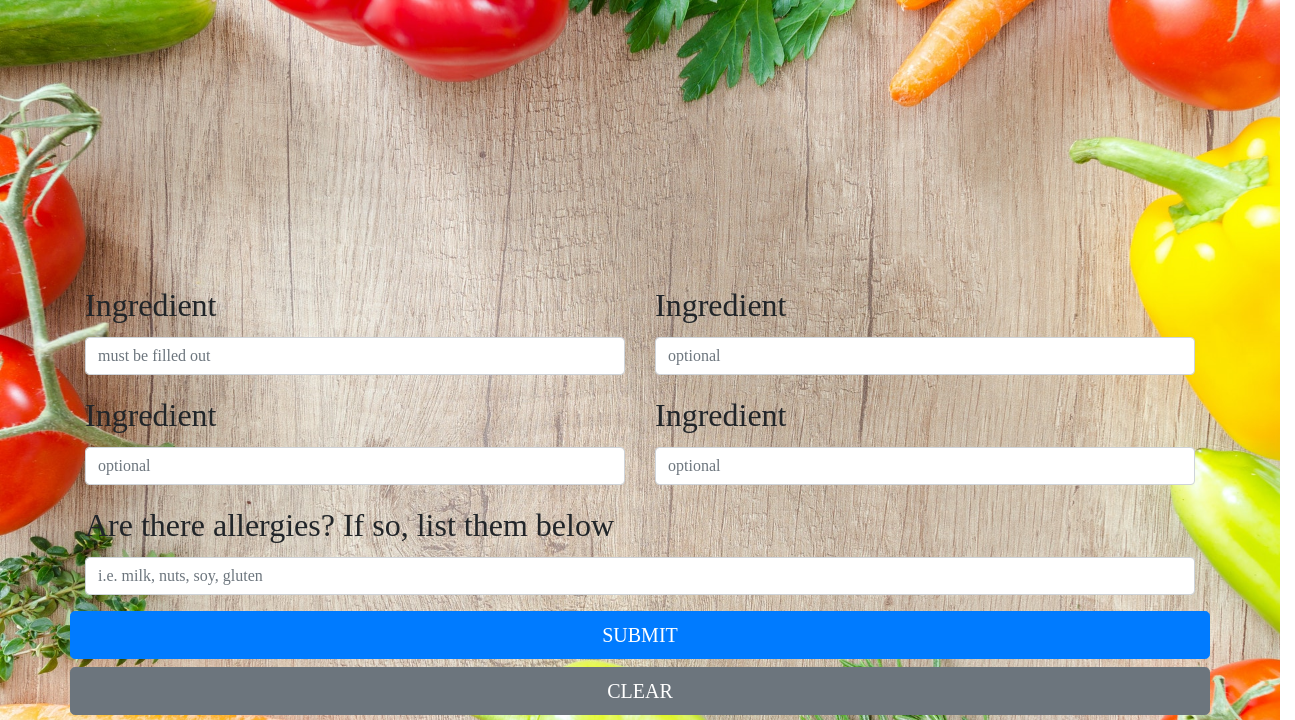
Repository: ogipajic/Recipe_API
Page: index.html
An editor plug-in stored every save of this project. The page is shown before and after the next save, followed by the edit.
The browser window is 1280 px wide. The page is 1280 px wide, then 1295 px, then 1280 px, so the pictures cover 1295 px, including what lies to the right of the window. The pictures show the whole page.
Some web fonts or font styles are not loaded; a fallback is used.

Above is the page before, as saved 2020-07-06 14:53:46.
Not found: script.js

After the next save:
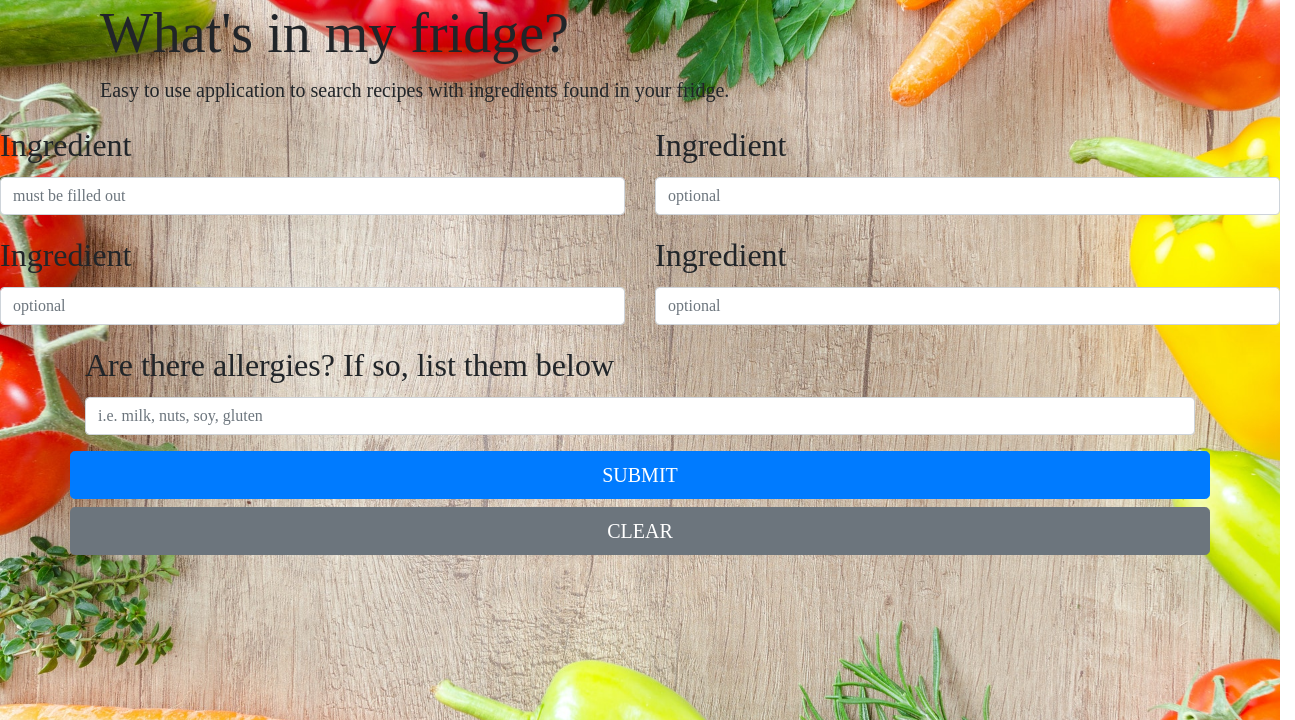
Saved 3 min 12 s later.
--- a/index.html
+++ b/index.html
@@ -14,7 +14,6 @@
 </head>
 <body>
     <div class="container">
-        <div class="jumbotron jumbotron-fluid">
             <div class="container">
               <h1 class="display-4">What's in my fridge?</h1>
               <p class="lead">Easy to use application to search recipes with ingredients found in your fridge.</p>

After the save that followed:
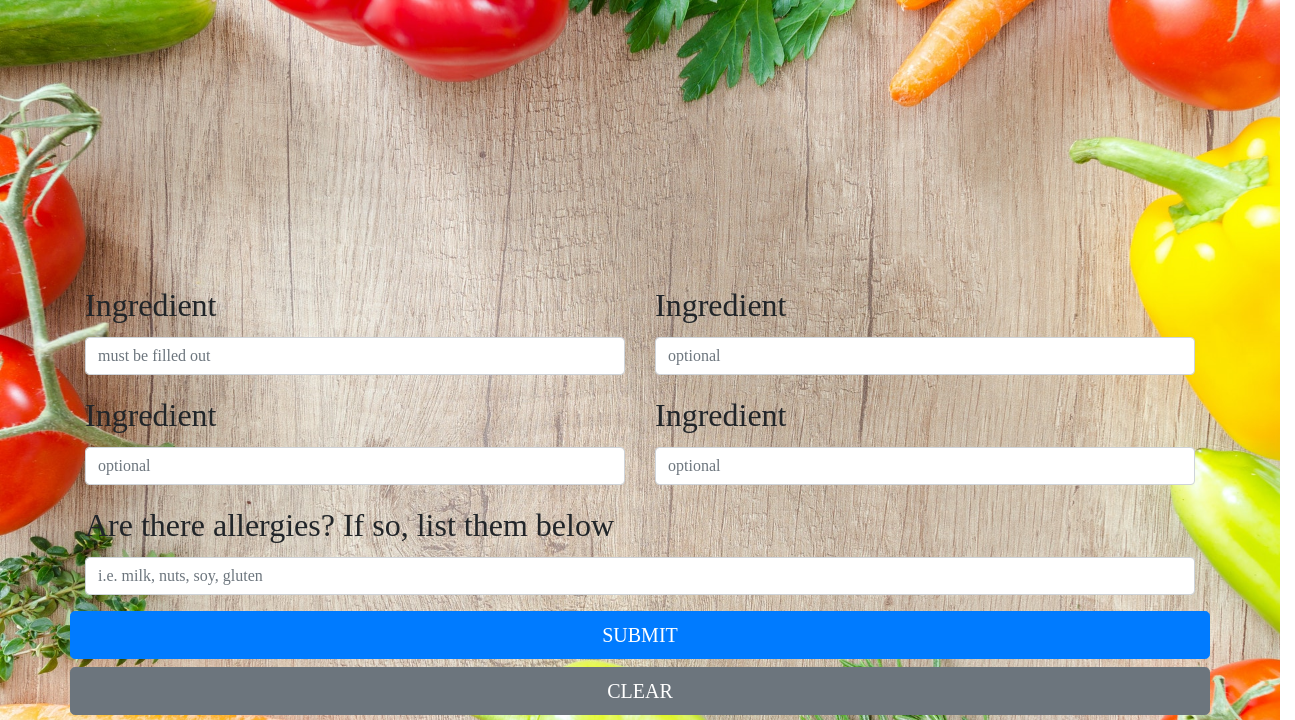
Saved 16 s later.
--- a/index.html
+++ b/index.html
@@ -14,6 +14,7 @@
 </head>
 <body>
     <div class="container">
+        <div class="jumbotron jumbotron-fluid">
             <div class="container">
               <h1 class="display-4">What's in my fridge?</h1>
               <p class="lead">Easy to use application to search recipes with ingredients found in your fridge.</p>
